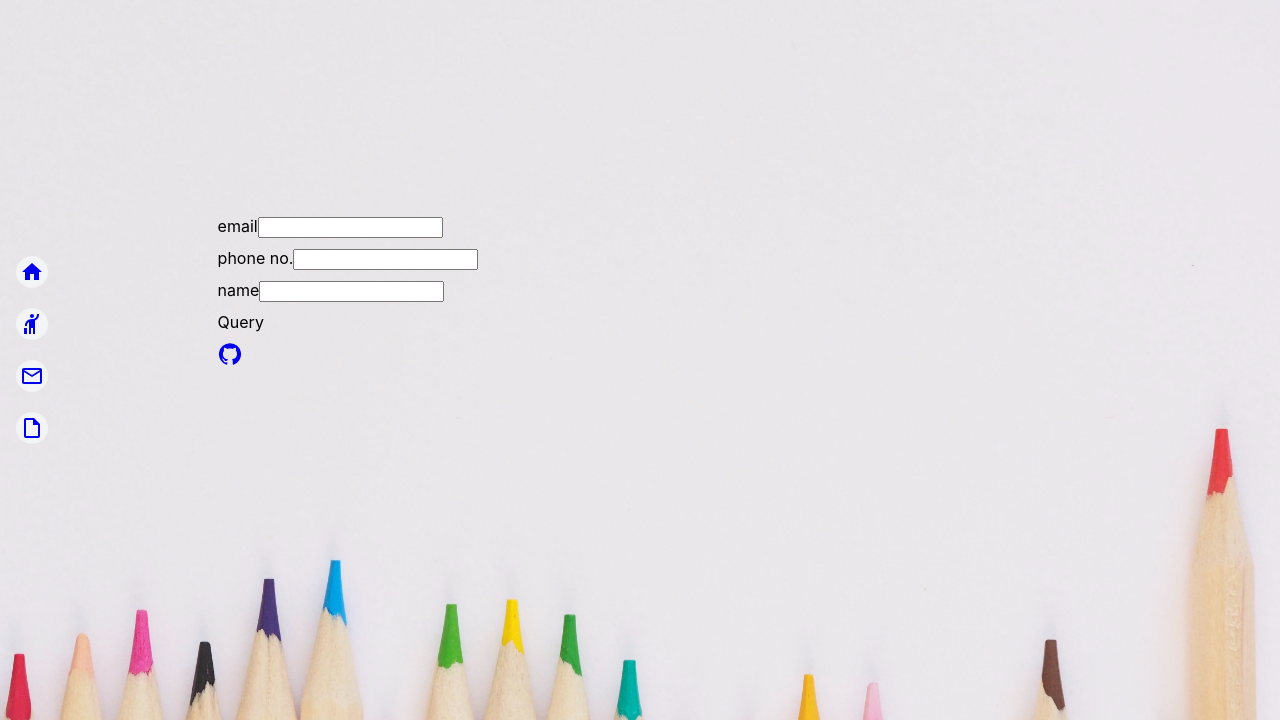
Repository: ujjawalmittal55/portfolio1
Page: /contact
These files come from the project's save history. The page is drawn as it stood at one moment and after the next save; the edit follows.
The browser window is 1280 px wide. The pictures show the whole page.
The project was rebuilt for these pictures with package versions that can differ from the ones it lists, and the page was loaded fresh each time. Also part of the build but not shown: src/display.css, src/Display.tsx, src/about.css, src/About.jsx, src/Document.jsx.

Above is the page before, as saved 2022-05-06 18:05:36.

### public/index.html
<!DOCTYPE html>
<html lang="en">
  <head>

    <style>
      @import url('https://fonts.googleapis.com/css2?family=Montserrat:ital,wght@0,100;1,100&family=Source+Code+Pro:wght@300&display=swap');
    </style>
    <meta charset="utf-8" />
    <link rel="icon" href="%PUBLIC_URL%/favicon.ico" />
    <meta name="viewport" content="width=device-width, initial-scale=1" />
    <meta name="theme-color" content="#000000" />
    <meta
      name="description"
      content="Web site created using create-react-app"
    />
    <link rel="apple-touch-icon" href="%PUBLIC_URL%/logo192.png" />
    <!--
      manifest.json provides metadata used when your web app is installed on a
      user's mobile device or desktop. See https://developers.google.com/web/fundamentals/web-app-manifest/
    -->
    <link rel="manifest" href="%PUBLIC_URL%/manifest.json" />
    <!--
      Notice the use of %PUBLIC_URL% in the tags above.
      It will be replaced with the URL of the `public` folder during the build.
      Only files inside the `public` folder can be referenced from the HTML.

      Unlike "/favicon.ico" or "favicon.ico", "%PUBLIC_URL%/favicon.ico" will
      work correctly both with client-side routing and a non-root public URL.
      Learn how to configure a non-root public URL by running `npm run build`.
    -->
    <title>React App</title>
  </head>
  <body>
    <noscript>You need to enable JavaScript to run this app.</noscript>
    <div id="root"></div>
    <!--
      This HTML file is a template.
      If you open it directly in the browser, you will see an empty page.

      You can add webfonts, meta tags, or analytics to this file.
      The build step will place the bundled scripts into the <body> tag.

      To begin the development, run `npm start` or `yarn start`.
      To create a production bundle, use `npm run build` or `yarn build`.
    -->
  </body>
</html>

### src/index.tsx
import React from "react";
import ReactDOM from "react-dom/client";
import "./index.css";
import App from "./App";
import Portfolio from "./Portfolio";
import SideBar from "./SideBar";

import reportWebVitals from "./reportWebVitals";
import { BrowserRouter } from "react-router-dom";

const rootElement = document.getElementById("root");
if (!rootElement) throw new Error("Failed to find the root element");
const root = ReactDOM.createRoot(rootElement);
root.render(
  <React.StrictMode>
    <BrowserRouter>
      <Portfolio />
    </BrowserRouter>
  </React.StrictMode>
);

// If you want to start measuring performance in your app, pass a function
// to log results (for example: reportWebVitals(console.log))
// or send to an analytics endpoint. Learn more: https://bit.ly/CRA-vitals
reportWebVitals();

### src/Portfolio.tsx
import React, { Component } from "react";
import { BrowserRouter, Route, Link, Routes } from "react-router-dom";
import Display from "./Display";
import "./homepage.css";
import SideBar from "./SideBar";
import About from "./About";
import Document from "./Document";
import Contact from "./Contact";
function Portfolio() {
  return (
    <div className="Home">
      <div className="sidebar">
        <SideBar />
      </div>
      <div className="main_content">
        <Routes>
          <Route path="/" element={<Display />} />
          <Route path="/about" element={<About />} />
          <Route path="/contact" element={<Contact />} />
          <Route path="/projects" element={<Display />} />
          <Route path="/resume" element={<Document />} />
        </Routes>
      </div>
    </div>
  );
}

export default Portfolio;

### src/homepage.css
.Home {
  background-image: url("/public/bg.jpg");
  background-size: cover;
  background-repeat: no-repeat;
  display: flex;
}
.main_content {
  flex: 1;
}

### src/SideBar.tsx
import React from "react";
import {
  BrowserRouter as Router,
  Route,
  Link,
  useParams,
  NavLink,
} from "react-router-dom";

import "./sidebar.css";
import HomeIcon from "@mui/icons-material/Home";
import HailIcon from "@mui/icons-material/Hail";
import InsertDriveFileOutlinedIcon from "@mui/icons-material/InsertDriveFileOutlined";
import EmailOutlinedIcon from "@mui/icons-material/EmailOutlined";

function SideBar() {
  return (
    <div>
      <div className="sidebar">
        <ul className="sidebar-items">
          <li className="list">
            <Link to="/">
              <div className="list-div">
                <HomeIcon>home</HomeIcon>
              </div>
            </Link>
          </li>
          <Link to="/about">
            <li className="list">
              <div className="list-div">
                <HailIcon>home</HailIcon>
              </div>
            </li>
          </Link>
          <Link to="/contact">
            <li className="list">
              <div className="list-div">
                <EmailOutlinedIcon>home</EmailOutlinedIcon>
              </div>
            </li>
          </Link>

          <Link to="/resume">
            <li className="list">
              <div className="list-div">
                <InsertDriveFileOutlinedIcon>home</InsertDriveFileOutlinedIcon>
              </div>
            </li>
          </Link>
        </ul>
      </div>
    </div>
  );
}

export default SideBar;

### src/Contact.jsx
import React from "react";
import { GitHub } from "@mui/icons-material";
import "./contact.css";
function Contact() {
  return (
    <div>
      <form className="form">
        <span className="elements">
          email
          <input type="email" />
        </span>
        <span className="elements">
          phone no.
          <input type="number" />
        </span>
        <span className="elements">
          name
          <input type="text" />
        </span>
        <span className="elements">Query</span>
        <a href="https://github.com/ujjawalmittal55" target="_blank">
          <GitHub />{" "}
        </a>
      </form>
    </div>
  );
}

export default Contact;

### src/sidebar.css
.sidebar {
  height: 100%;
  /* background-color: rgb(221, 195, 195) */
}
.sidebar {
  height: 100vh;
  display: grid;
  align-items: center;
  text-align: center;
  text-decoration: none;
}
.sidebar-items {
  padding: 0;
  margin: 1em;
}

.list {
  font-size: 1em;
  margin-bottom: 1.25em;
  list-style-type: none;
  text-align: center;
  text-decoration: none;
  padding: auto;
}

.list-div:hover {
  text-decoration: underline;
  transform: scale(1.25);
  background-color: rgb(126, 128, 247);
}

.list-div {
  display: flex;
  justify-content: center;
  align-items: center;
  text-align: center;
  height: 2em;
  width: 2em;
  background-color: rgb(242, 244, 245);
  border-radius: 50%;
  transition-duration: 0.5s;
}

### src/contact.css
.form {
  display: flex;
  flex-direction: column;
  margin-top: 30vh;
  margin-left: 12vw;
}
.elements {
  margin-bottom: 10px;
}

Loaded but not shown: src/index.css (common file); src/reportWebVitals.js (common file)

After the next save:
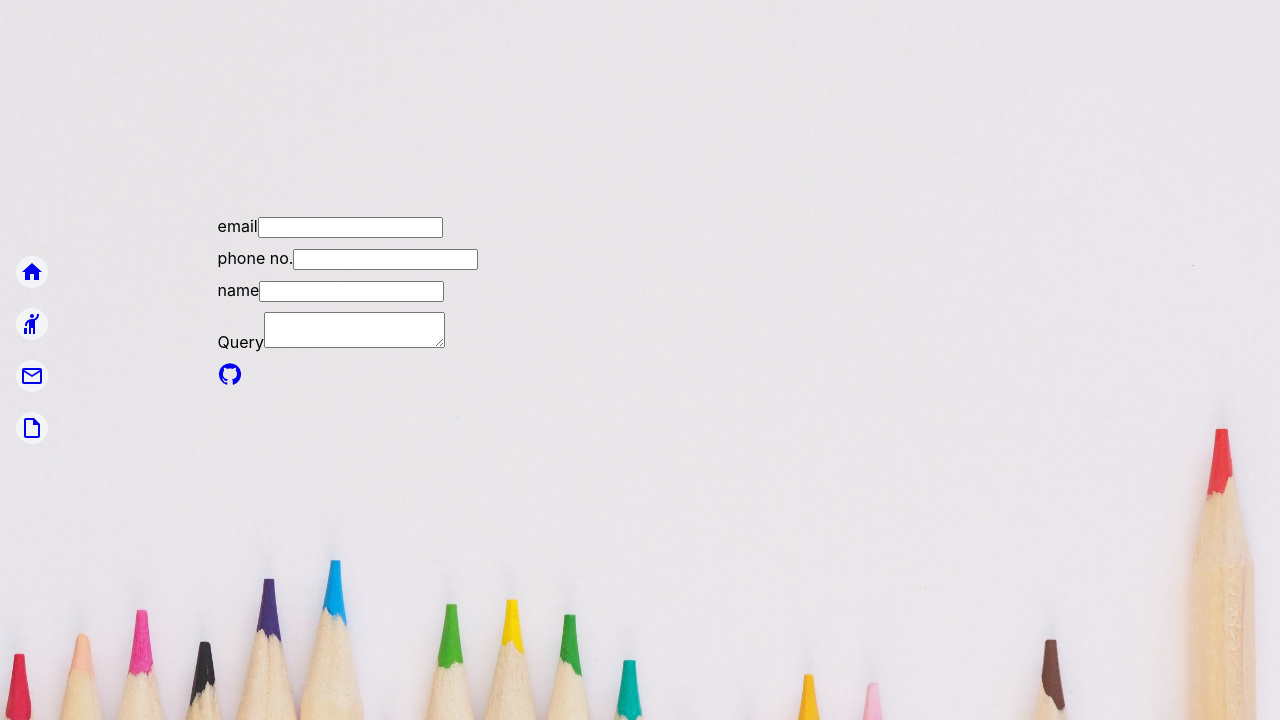
Saved 11 s later.
--- a/src/Contact.jsx
+++ b/src/Contact.jsx
@@ -17,7 +17,10 @@ function Contact() {
           name
           <input type="text" />
         </span>
-        <span className="elements">Query</span>
+        <span className="elements">
+          Query
+          <textarea></textarea>
+        </span>
         <a href="https://github.com/ujjawalmittal55" target="_blank">
           <GitHub />{" "}
         </a>
